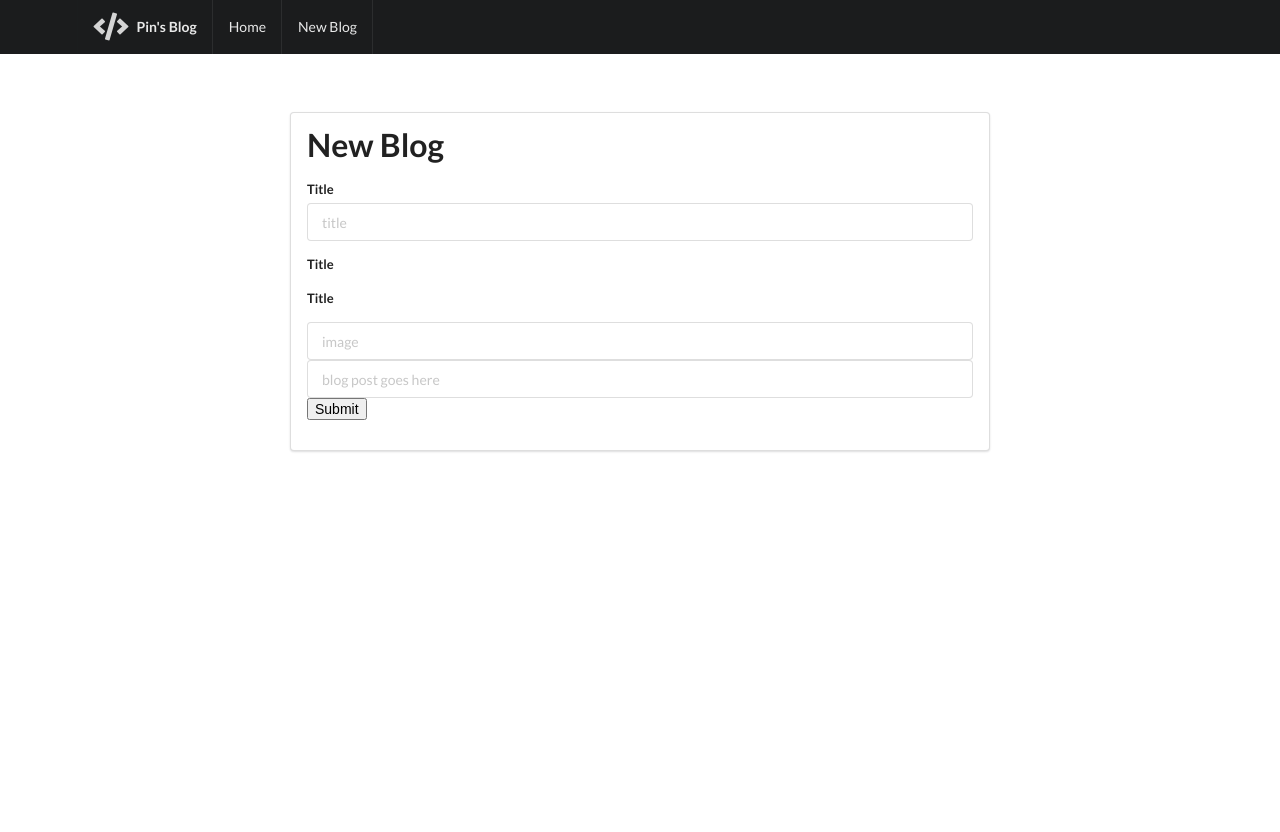
Repository: pichu0528/Web-Development
Page: http://localhost/blogs/new
The author's editor kept a record of every edit. The page is drawn from the files as they stood at one moment, then again after the next edit.
The browser window is 1280 px wide. The pictures show the whole page.
Some web libraries are served in a nearby version. The page is served by the project's Node server (RESTful Routing/RESTfulBlogApp/app.js).

Above is the page before.

### RESTful Routing/RESTfulBlogApp/views/new.ejs
<% include ./partials/header %>
<div class="ui main text container segment">
    <div class="ui huge header">New Blog</div>
    <form class="ui form" action="/blogs" method="POST">
        <div class="field">
            <label>Title</label>
            <input type="text" name="blog[title]" placeholder="title">
        </div>
        <div class="field">
            <label>Title</label>

        </div>
        <div class="field">
            <label>Title</label>

        </div>

        <input type="text" name="blog[image]" placeholder="image">
        <input type="text" name="blog[body]" placeholder="blog post goes here">
        <input type="submit">
    </form>
</div>
<% include ./partials/footer %>

### RESTful Routing/RESTfulBlogApp/views/partials/header.ejs
<html>
    <head>
        <title>Blog App</title>
        <link rel="stylesheet" type="text/css" href="https://cdnjs.cloudflare.com/ajax/libs/semantic-ui/2.1.4/semantic.min.css">
        <link rel="stylesheet" type="text/css" href="/stylesheets/app.css">
    </head>
    <body>
        <div class="ui fixed inverted menu">
            <div class="ui container">
                <div class="header item">
                    <i class="code icon"></i>Pin's Blog
                </div>
                <a href="/" class="item">Home</a>
                <a href="/blogs/new" class="item">New Blog</a>
            </div>
        </div>

### RESTful Routing/RESTfulBlogApp/app.js
var express        = require("express"),
    app            = express(),
    bodyParser     = require("body-parser"),
    mongoose       = require("mongoose"),
    methodOverride = require("method-override");

// APP CONFIG
mongoose.connect("mongodb://localhost:27017/restful_blog_app",{ useNewUrlParser: true });
app.set("view engine", "ejs");
app.use(express.static("public"));
app.use(bodyParser.urlencoded({extended: true}));
app.use(methodOverride("_method"));  //use it to override the put request because HTML form doesn't support the put request.

// MONGOOSE/MODEL CONFIG
// title, image, body, created
var blogSchema = new mongoose.Schema({
    title:   String,
    image:   String,
    body:    String,
    created: {type: Date, default: Date.now}
});
var Blog = mongoose.model("Blog", blogSchema);

// CREATE AN EXAMPLE BLOG
// Blog.create({
//     title: "Test Blog",
//     image: "https://s3.amazonaws.com/aws.astronomy.com/ASY/image/a1.jpg",
//     body: "This is a blog post!"
// });

// RESTFUL ROUTES
app.get("/", function(req,res){
    res.redirect("/blogs");
});

// INDEX ROUTE
app.get("/blogs", function(req,res){
    Blog.find({}, function(err,blogs){
       if(err){
           console.log(err);
       } else{
           res.render("index", {blogs: blogs});
       }
    });
});

// NEW ROUTE
app.get("/blogs/new", function(req,res){
    res.render("new");
});
// CREATE ROUTE
app.post("/blogs", function(req,res){
    // create blog
    Blog.create(req.body.blog, function(err, newBlog){
        if(err){
            res.render("new");
        }else{
            // then, redirect to the index
            res.redirect("/blogs");
        }
    });
});

// SHOW ROUTE
app.get("/blogs/:id", function(req,res){
    Blog.findById(req.params.id,function(err,foundBlog){
        if(err){
            res.redirect("/blogs");
        }else{
            res.render("show",{ blog: foundBlog });
        }
    });
});

// EDIT ROUTE
app.get("/blogs/:id/edit", function(req,res){
    Blog.findById(req.params.id, function(err,foundBlog){
       if(err){
           res.redirect("/blogs");
       } else{
           res.render("edit", { blog: foundBlog });
       }
    });
});

// UPDATE ROUTE
app.put("/blogs/:id", function(req,res){
    //res.render("");
    //res.send("update route");
    Blog.findByIdAndUpdate(req.params.id, req.body.blog, function(err,updatedBlog){
        if(err){
            res.redirect("/blogs");
        }else{
            res.redirect("/blogs/" + req.params.id);
        }
    });
});

// DELETE ROUTE
app.delete("/blogs/:id", function(req,res){
   res.send("DESTROYYYYY");
   // destroy blog
   Blog.findByIdAndRemove(req.params.id, function(err){
       if(err){
           res.redirect("/blogs");
       }else{
           res.redirect("/blogs");
       }
   });
   // redirect somewhere
});

app.listen(process.env.PORT, process.env.IP, function(){
    console.log("Server is running!");
});

### RESTful Routing/RESTfulBlogApp/public/stylesheets/app.css
i.icon{
    font-size:2em;
}
.main.container{
    margin-top:7em;
}

Loaded but not shown: RESTful Routing/RESTfulBlogApp/views/partials/footer.ejs (common file)

After the next edit:
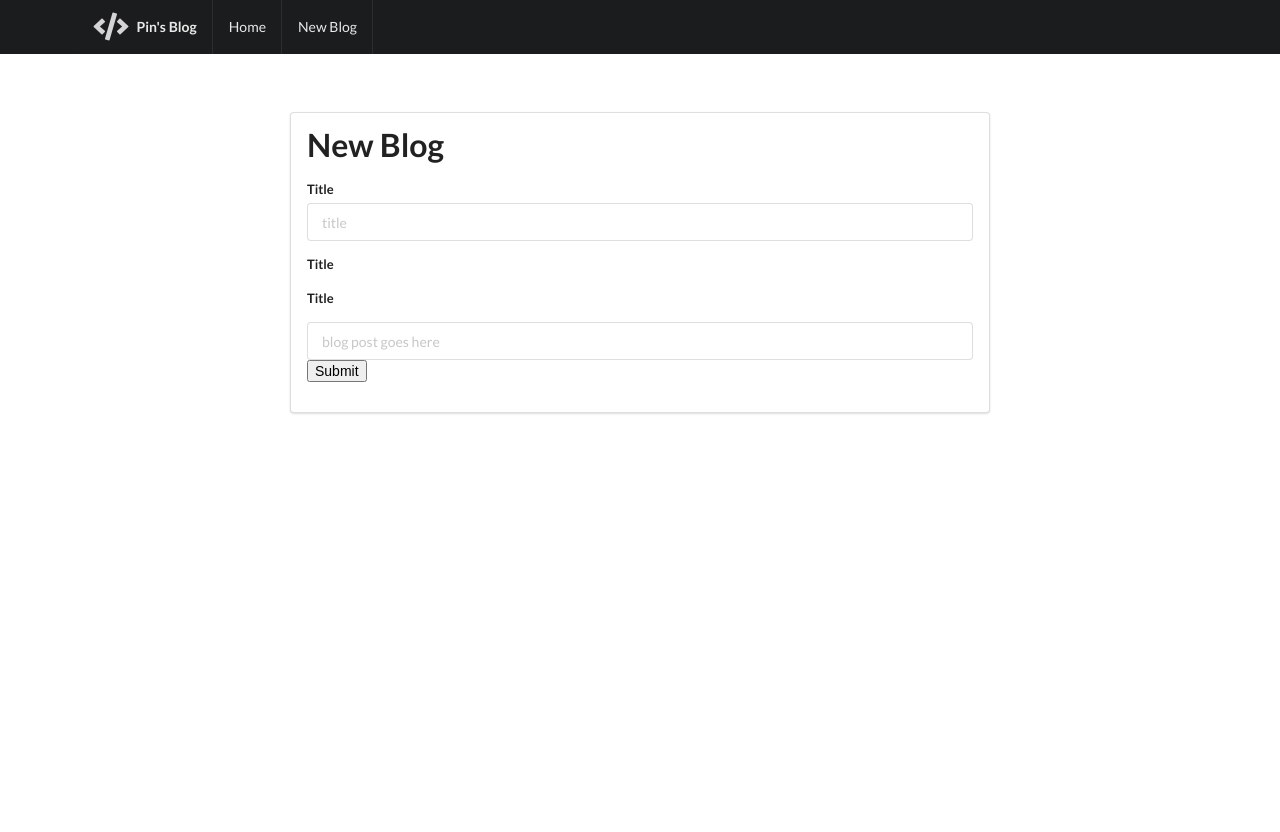
The edit:
--- a/RESTful Routing/RESTfulBlogApp/views/new.ejs
+++ b/RESTful Routing/RESTfulBlogApp/views/new.ejs
@@ -15,7 +15,7 @@
 
         </div>
 
-        <input type="text" name="blog[image]" placeholder="image">
+
         <input type="text" name="blog[body]" placeholder="blog post goes here">
         <input type="submit">
     </form>
